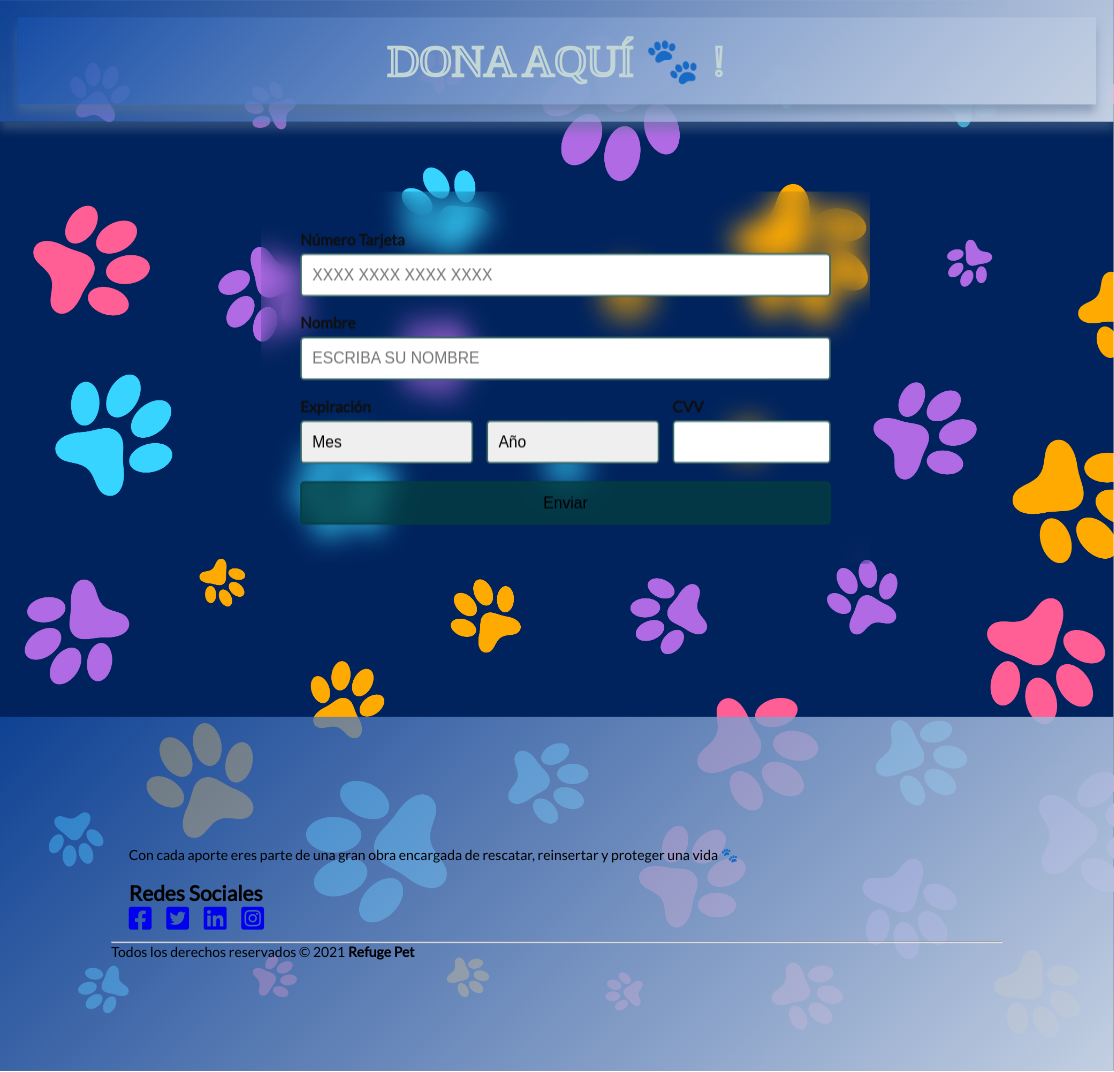
Repository: andreasvidal/SCL019-card-validation
Page: src/views/cardvalidation.html
These files come from the project's save history. The page is drawn as it stood at one moment and after the next save; the edit follows.
The browser window is 1280 px wide. The pictures show the whole page, at 87% of full size.
Some web fonts or font styles are not loaded; a fallback is used. Some web libraries are served in a nearby version.

Above is the page before, as saved 2022-04-13 10:05:47.

### src/views/cardvalidation.html
<!DOCTYPE html>
<html lang="en">

<head>
    <meta charset="UTF-8" />
    <meta http-equiv="X-UA-Compatible" content="IE=edge" />
    <meta name="viewport" content="width=device-width, initial-scale=1.0" />
    <link rel="preconnect" href="https://fonts.googleapis.com" />
    <link rel="preconnect" href="https://fonts.gstatic.com" crossorigin />
    <link href="https://fonts.googleapis.com/css2?family=Lato:ital,wght@0,400;1,700&display=swap" rel="stylesheet" />
    <link rel="preconnect" href="https://fonts.googleapis.com" />
    <link rel="preconnect" href="https://fonts.gstatic.com" crossorigin />
    <link href="https://fonts.googleapis.com/css2?family=Hurricane&family=Lato:ital,wght@1,700&display=swap" rel="stylesheet" />
    <link rel="stylesheet" href="https://use.fontawesome.com/releases/v5.8.1/css/all.css" integrity="sha384-50oBUHEmvpQ+1lW4y57PTFmhCaXp0ML5d60M1M7uH2+nqUivzIebhndOJK28anvf" crossorigin="anonymous" />
    <link rel="stylesheet" href="../css/formstyle.css" />
    <link rel="stylesheet" href="../css/style.css" />
    <title>Formulario</title>
</head>

<!--contenido principal formulario-->

<body>
    <div class="subtitle">
        <p class="subtitle">DONA AQUÍ 🐾 !</p>
    </div>
    <form id="formValidation" class="form-validation">
        <div class="bg-blur">
            <div class="data-card" id="dataForm">
                <label for="inputNumber">Número Tarjeta</label>
                <input type="text" id="inputNumber" name="number" maxlength="16" autocomplete="off" pattern="[0-9]+" placeholder="XXXX XXXX XXXX XXXX" required />
                <h5 id="print"></h5>
            </div>
            <div class="data-card">
                <label for="inputNameUser">Nombre </label>
                <input type="text" id="inputNameUser" name="nameUser" placeholder="Escriba su nombre" required />
                <h5 id="print"></h5>
            </div>
            <!--datos expiración tarjeta-->
            <div class="flexbox">
                <div class="data-card expider-date">
                    <label for="monthSelect">Expiración</label>
                    <div class="flexbox">
                        <div class="data-card-select">
                            <select name="monthSelect" id="monthSelect" required>
                <option disabled selected>Mes</option>
                <option value="1">1</option>
                <option value="2">2</option>
                <option value="3">3</option>
                <option value="4">4</option>
                <option value="5">5</option>
                <option value="6">6</option>
                <option value="7">7</option>
                <option value="8">8</option>
                <option value="9">9</option>
                <option value="10">10</option>
                <option value="11">11</option>
                <option value="12">12</option>
              </select>
                        </div>
                        <div class="data-card-select">
                            <select name="yearSelect" id="yearSelect" required>
                <option disabled selected>Año</option>
                <option value="2">2014</option>
                <option value="5">2015</option>
                <option value="6">2016</option>
                <option value="7">2017</option>
                <option value="8">2018</option>
                <option value="9">2019</option>
                <option value="10">2020</option>
                <option value="11">2021</option>
                <option value="12">2022</option>
              </select>
                        </div>
                    </div>
                </div>
                <div class="data-card ccv">
                    <label for="inputCcv">CVV</label>
                    <input type="text" id="inputCcv" name="inputCcv" maxlength="3" required />
                </div>
            </div>
            <button type="submit" value="sendForm" class="btn-send" id="sendForm">
        Enviar
      </button>
        </div>
    </form>
    <footer>
        <div class="container__footer">
            <div class="box__footer">
                <div class="terms">
                    <p>
                        Con cada aporte eres parte de una gran obra encargada de rescatar, reinsertar y proteger una vida 🐾
                    </p>
                </div>
            </div>
            <div class="box__footer">
                <h2>Redes Sociales</h2>
                <a href="#"> <i class="fab fa-facebook-square"></i></a>
                <a href="#"><i class="fab fa-twitter-square"></i></a>
                <a href="#"><i class="fab fa-linkedin"></i></a>
                <a href="#"><i class="fab fa-instagram-square"></i></a>
            </div>
        </div>
        <div class="box__copyright">
            <hr />
            <p>Todos los derechos reservados © 2021 <b>Refuge Pet</b></p>
        </div>
    </footer>
    <!-- jQuery-->
    <script src="https://ajax.googleapis.com/ajax/libs/jquery/3.6.0/jquery.min.js"></script>
    <!--materialize -->
    <!--JS-->
    <script src="../js/index.js" type="module"></script>
</body>

</html>

### src/css/formstyle.css
* {
    padding: 0;
    margin: 0;
    box-sizing: border-box;
}

body {
    font-family: 'Lato', 'sans-serif';
    background-image: url(../assets/img/fondopatas.jpg);
    background-size: cover;
    background-repeat: no-repeat;
}


/*estilos formulario validacion*/

.form-validation {
    color: beige;
    width: 100%;
    max-width: 700px;
    margin-left: 300px;
    border-radius: 10px;
    position: relative;
    top: 80px;
    z-index: 1;
}

.bg-blur {
    backdrop-filter: blur(1rem);
    width: 100%;
    padding: 45px;
}

.form-validation label {
    display: block;
    color: rgb(15, 15, 15);
    margin-bottom: 5px;
    font-size: 1.1rem;
    font-weight: 700;
}

.form-validation input,
.form-validation select,
.btn-send {
    border: 2px solid rgba(4, 63, 63, 0.753);
    font-size: 18px;
    height: 50px;
    width: 100%;
    padding: 5px 12px;
    border-radius: 5px;
}

.form-validation input:hover,
.form-validation select:hover {
    border: 2px solid rgb(23, 24, 24);
}

.form-validation input:focus,
.form-validation select:focus {
    outline: rgb(173, 182, 182);
    box-shadow: 0 8px 8px 0 rgba(32, 38, 46, 0.3);
}

.form-validation input {
    margin-bottom: 20px;
    text-transform: uppercase;
}

.form-validation .flexbox {
    display: flex;
    justify-content: space-between;
}

.form-validation .expider-date {
    width: 100%;
}

.form-validation .ccv {
    min-width: 10px;
}

.form-validation .data-card-select {
    width: 100%;
    margin-right: 15px;
    position: relative;
}

.form-validation select {
    -webkit-appearance: none;
}


/*backgrond btn enviar*/

.btn-send {
    background: rgba(4, 63, 63, 0.753);
    ;
}

.btn-send:hover {
    background-color: rgba(94, 126, 136, 0.651);
    cursor: pointer;
}

#print {
    color: rgb(38, 41, 41);
    font-size: 16px;
}


/*footer*/

.terms {
    height: 30px;
    margin-bottom: 50px;
}

footer {
    width: 100%;
    padding: 10% 10%;
    margin-top: 20%;
    background-size: cover;
    background-image: linear-gradient(135deg, #1650adad 0%, #c3cfe2 100%);
    box-shadow: 0 10px 10px 0 rgba(90, 116, 148, 0.3);
}

.box__footer {
    padding: 20px;
    height: 10px;
}

.fab {
    padding-right: 40px;
    width: 20px;
    height: 20px;
    font-size: 30px;
}

.box__copyright {
    padding-top: 50px;
}

### src/css/style.css
     * {
         padding: 0;
         margin: 0;
         box-sizing: border-box;
     }

     body {
         font-family: 'Lato', 'sans-serif';
         background-image: url(../assets/img/fondopatas.jpg);
     }
     /*estilo titulo*/

     .title-h1 {
         font-family: 'Raleway', sans-serif;
         text-decoration: underline overline wavy rgba(183, 0, 255, 0.514);
         padding: 40px 100px;
         color: rgb(74, 80, 80);
         display: flex;
         flex-direction: column;
         align-items: center;
         box-shadow: 0 10px 10px 0 rgba(90, 116, 148, 0.3);
         background-image: linear-gradient(135deg, #f5f7fa 0%, #c3cfe2 100%);
         font-size: 8vw;
     }

     .subtitle {
         font-family: 'Shadows Into Light', cursive;
         text-align: center;
         padding: 20px 20px;
         color: rgb(74, 80, 80);
         font-size: 4vw;
         -webkit-text-fill-color: transparent;
         -webkit-text-stroke: 3px rgb(195, 214, 214);
         background-image: linear-gradient(135deg, #1650adad 0%, #c3cfe2 100%);
         box-shadow: 0 10px 10px 0 rgba(90, 116, 148, 0.5);
     }

     .img-banner {
         display: flex;
         height: 500px;
         z-index: -1;
         flex-direction: row;
         margin-left: 50px;
         align-items: center;
         margin-bottom: -50px;
         border-radius: 15px;
     }
     /*contenedor tarjeta*/

     .container {
         width: 90%;
         max-width: 1000px;
         padding: 20px 60px;
         margin: auto;
         display: flex;
         /* deja los elementos en forma de columna*/
         flex-direction: column;
         /*align-items no sirve para centrar de forma vertical (se utiliza justify), se utiliza al cambiar la dirección con flex-direction*/
         align-items: center;
     }
     /*estilo tarjeta*/

     .card {
         padding-top: 30px;
         width: 100%;
         max-width: 550px;
         position: relative;
         color: rgb(37, 36, 36);
         cursor: pointer;
     }

     .card>div {
         padding: 30px;
         border-radius: 15px;
         min-height: 315px;
         display: flex;
         flex-direction: column;
         justify-content: space-between;
         box-shadow: 0 10px 10px 0 rgba(90, 116, 148, 0.822);
     }

     .style-card {
         width: 100%;
         background: url(../assets/img/background-card/bg-img-2.jpg);
         background-size: cover;
     }
     /*para mantener el espeacio de la imagen logo (contenedor vacio)*/

     .style-card .logo-card {
         text-align: right;
         min-height: 50px;
     }

     .style-card .logo-card img {
         width: 100%;
         height: 100%;
         object-fit: cover;
         max-width: 80px;
     }

     .style-card .chip-card {
         width: 100%;
         max-width: 50px;
         margin-bottom: 20px;
     }

     .style-card .form-group .card-label {
         font-size: 16px;
         color: rgb(115, 131, 131);
         margin-bottom: 5px;
     }

     .style-card .card-group .number-card,
     .style-card .card-group .name-card,
     .style-card .card-group .expider {
         /*color: rgb(74, 80, 80);*/
         font-size: 22px;
         text-transform: uppercase;
     }

     .style-card .flexbox {
         display: flex;
         justify-content: space-between;
         margin-top: 20px;
     }
     /*btn abrir formulario*/

     .btn-open {
         color: rgb(195, 214, 214);
         box-shadow: 0 10px 10px 0 rgba(90, 116, 148, 0.3);
         background: rgba(183, 0, 255, 0.514);
         width: 50px;
         height: 50px;
         margin-top: -10px;
         border-radius: 100%;
         z-index: 2;
     }

     .btn-open:hover {
         opacity: 0.50;
         -moz-opacity: .50;
         filter: alpha (opacity=50);
     }

     .btn-open {
         text-decoration: none;
         padding-top: 15px;
         text-align: center;
     }

### src/js/index.js
/*import validator from '../js/validator.js';

//Llamando al DOM

const btnForm = document.getElementById("sendForm");
const form = document.getElementById("#formValidation");
btnForm.addEventListener('click', function(e) {
    e.preventDefault();
    let creditCardNumber = document.getElementById('inputNumber').value;
    let maskified = validator.maskify(creditCardNumber);
    if (creditCardNumber === "") {
        return document.getElementById("print").innerHTML = "Reingrese su número de tarjeta sin espacios ni carácteres especiales";
    } else {
        return document.getElementById("print").innerHTML = "Tu tarjeta N° " + maskified + " es válida";
    }
})


// inputName solo letras, inputCcv y inputNumber  solo numeros
let inputNumber = document.getElementById('inputNumber');
let inputName = document.getElementById('inputNameUser');
let inputCcv = document.getElementById('inputCcv');

const onlyNum = /[^0-9]/g;
const onlypLet = /[^a-zA-ZÑñáéíóúÁÉÍÓÚ\s]*$/g;
inputNumber.addEventListener('input', function() {
    inputNumber.value = inputNumber.value.replace(onlyNum, '');
});
inputName.addEventListener('input', function() {
    inputName.value = inputName.value.replace(onlypLet, '');
});
inputCcv.addEventListener('input', function() {
    inputCcv.value = inputCcv.value.replace(onlyNum, '');
});

// mes y años
for (let i = 1; i <= 12; i++) {
    let optionDate = document.createElement('option');
    optionDate.value = i;
    optionDate.innerText = i;
    form.monthSelect.appendChild(optionDate);
}

// * Select del año generado dinamicamente.
const yearActual = new Date().getFullYear();
for (let i = yearActual; i <= yearActual + 8; i++) {
    let optionDate = document.createElement('option');
    optionDate.value = i;
    optionDate.innerText = i;
    optionDate.selectYear.appendChild(optionDate);
}*/

After the next save:
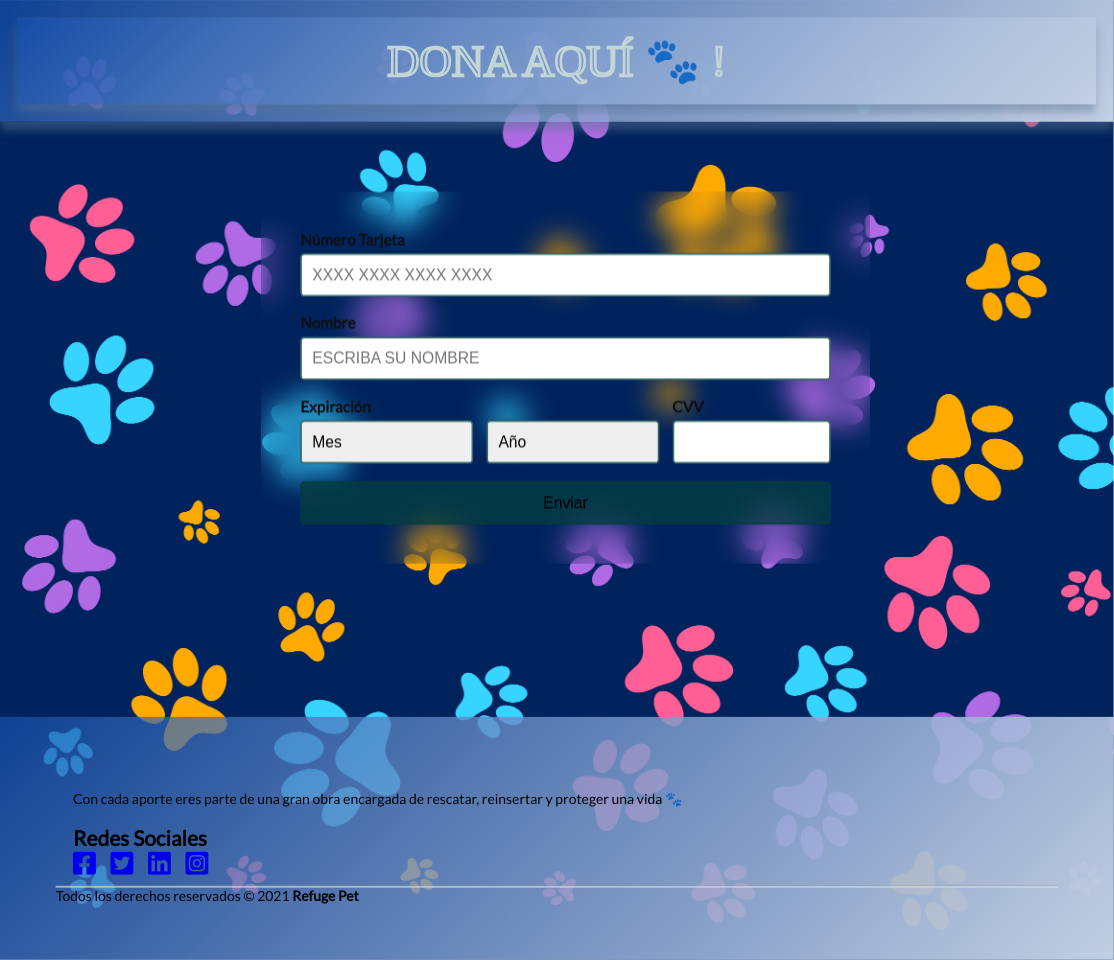
Saved 12 s later.
--- a/src/css/formstyle.css
+++ b/src/css/formstyle.css
@@ -117,7 +117,7 @@ body {
 
 footer {
     width: 100%;
-    padding: 10% 10%;
+    padding: 5% 5%;
     margin-top: 20%;
     background-size: cover;
     background-image: linear-gradient(135deg, #1650adad 0%, #c3cfe2 100%);
